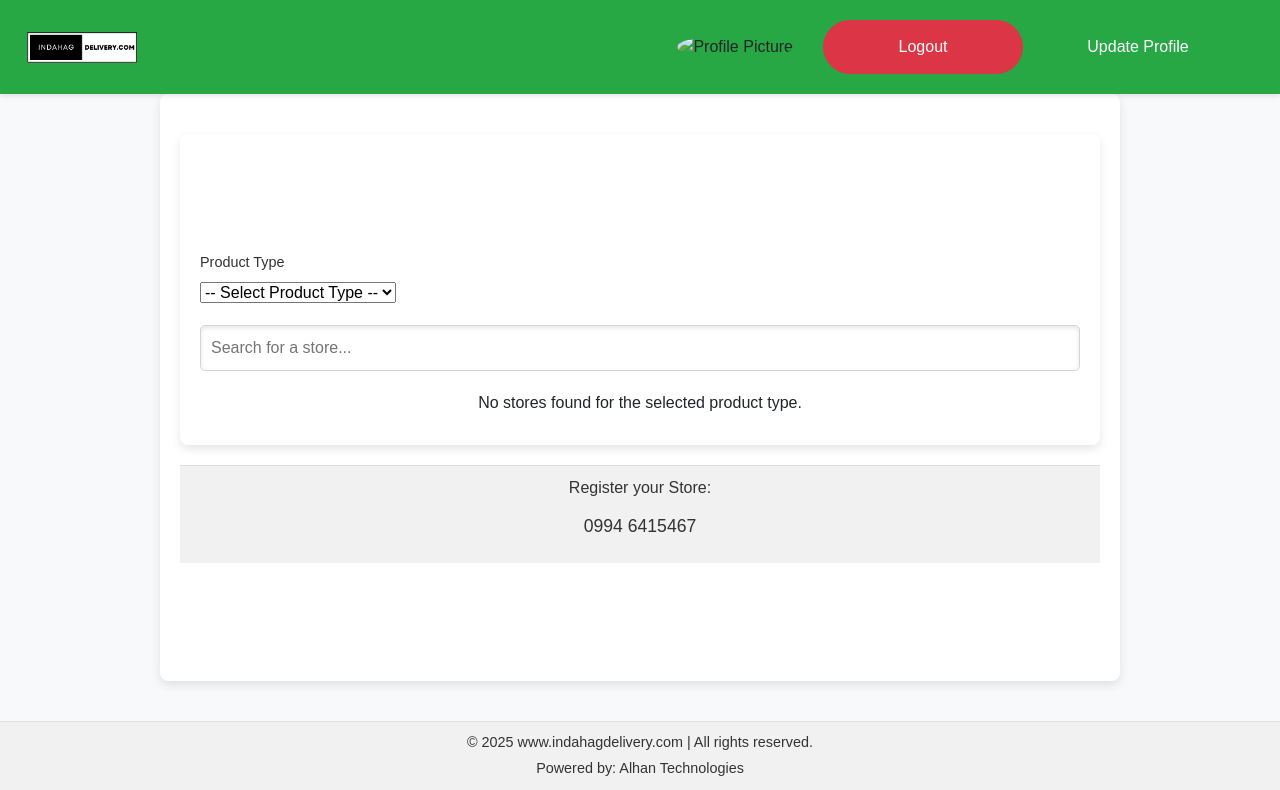
Repository: Jijiluzana225/indahagdelivery.com
Page: store/templates/store/store_list.html
The author's editor kept a copy of each file at every save. The page is drawn from the files as they stood at one save, then again after the next save.
The browser window is 1280 px wide. The pictures show the whole page.
The template is drawn by Django 5.2. The application's start-up code is not run. Other server files are loaded and not shown. The template is opened directly, without the code that normally fills it, so the values that code supplies are empty.

Above is the page before, as saved 2025-01-22 08:33:49.

### store/templates/store/store_list.html
{% extends 'store/base.html' %}

{% block content %}
<!DOCTYPE html>
<html lang="en">
<head>
    <meta charset="UTF-8">
    <meta name="viewport" content="width=device-width, initial-scale=1.0">
    <title>Store List</title>
    <style>
        /* Global Styles */
        body {
            font-family: Arial, sans-serif;
            margin: 0;
            padding: 0;
            background-color: #f8f9fa;
            display: flex;
            flex-direction: column;
            min-height: 100vh;
        }

        /* Container Styles */
        .container {
            max-width: 960px;
            margin: 20px auto;
            padding: 20px;
            background: #ffffff;
            border-radius: 8px;
            box-shadow: 0 4px 10px rgba(0, 0, 0, 0.1);
            flex-grow: 1;
        }

        /* Typography */
        h1 {
            color: #333;
            margin-bottom: 20px;
            text-align: center;
        }

        /* Button Styles */
        .btn-container {
            display: flex;
            flex-direction: column;
            align-items: center;
        }

        .btn {
            display: inline-block;
            width: 200px;
            margin: 10px auto;
            padding: 15px 30px;
            font-size: 1rem;
            text-align: center;
            border: none;
            border-radius: 50px;
            text-decoration: none;
            color: #fff;
            cursor: pointer;
            transition: transform 0.3s ease, box-shadow 0.3s ease;
        }

        .btn.order-btn {
            background: linear-gradient(145deg, #4e73df, #ff1100);
            box-shadow: 0 5px 15px rgba(0, 0, 0, 0.2);
        }

        .btn.store-btn {
            background: linear-gradient(145deg, #0bfc1f, #fc0505);
        }

        .btn.prices-btn {
            background: linear-gradient(145deg, #8b4513, #ff4500);
        }

        .btn:hover {
            transform: translateY(-5px);
            box-shadow: 0 10px 20px rgba(0, 0, 0, 0.3);
        }

        .btn:active {
            transform: translateY(2px);
            box-shadow: 0 3px 8px rgba(0, 0, 0, 0.2);
        }

        /* Store List Styling */
        .store-list {
            list-style: none;
            padding: 0;
            margin: 0;
            text-align: center;
        }

        .store-list li {
            margin: 10px 0;
        }

        .store-list a {
            display: block;
            padding: 10px 15px;
            font-size: 1.2rem;
            font-weight: bold;
            text-decoration: none;
            color: #fff;
            background: linear-gradient(90deg, #6a11cb, #2575fc);
            border-radius: 8px;
            box-shadow: 0 4px 8px rgba(0, 0, 0, 0.1);
            transition: background 0.3s ease, box-shadow 0.3s ease;
            text-align: center;
        }

        .store-list a:hover {
            background: linear-gradient(90deg, #2575fc, #6a11cb);
            box-shadow: 0 6px 12px rgba(0, 0, 0, 0.2);
        }

        .store-list a.disabled {
            cursor: not-allowed;
            background-color: #ddd;
            color: #aaa;
            pointer-events: none;
        }

        /* Search Box Styling */
        .search-box {
            margin-bottom: 20px;
            margin-top: 20px;
        }

        .search-box input {
            width: 100%;
            padding: 10px;
            font-size: 1rem;
            border-radius: 5px;
            border: 1px solid #ced4da;
            box-shadow: inset 0 2px 5px rgba(0, 0, 0, 0.1);
        }

        /* Footer Styling */
        footer {
            text-align: center;
            padding: 10px 0;
            background: #f1f1f1;
            color: #333;
            border-top: 1px solid #ddd;
        }

        footer h3 {
            margin: 0;
            font-size: 1.1rem;
        }

        .product-type-label {
            text-align: left;
            font-size: 0.9rem;
            color: #333;
            margin-bottom: 10px;
            margin-top:100px;
        }

    </style>
</head>
<body>
    <div class="container">
        <div class="btn-container">
            {% if request.user.is_authenticated and 'Store' not in request.user.groups.all|join:" " %}
                <a href="{% url 'customer_dashboard' %}" class="btn order-btn">My Orders</a>
            {% endif %}

            {% if request.user.is_authenticated and 'Store' in request.user.groups.all|join:" " %}
                <a href="{% url 'store_dashboard' %}" class="btn store-btn">My Store</a>
                <a href="{% url 'edit_prices' %}" class="btn prices-btn">Update Prices</a>
                <a href="{% url 'product_create' %}" class="btn prices-btn">Add Product</a>
            {% endif %}
        </div>

        <h1 class="product-type-label">Product Type</h1>

        <!-- Dropdown Filter -->
        <form method="get" action="">
            <select name="product_type" onchange="this.form.submit()">
                <option value="">-- Select Product Type --</option>
                {% for product_type in product_types %}
                    <option value="{{ product_type.id }}" {% if selected_product_type == product_type.id %}selected{% endif %}>
                        {{ product_type.name }}
                    </option>
                {% endfor %}
            </select>
        </form>

        <!-- Search Input -->
        <div class="search-box">
            <input type="text" id="storeSearch" placeholder="Search for a store..." onkeyup="filterStores()">
        </div>

        <!-- Store List -->
        <ul class="store-list" id="storeList">
            {% if stores %}
                {% for store in stores %}
                    <li>
                        {% if store.open %}
                            <a href="{% url 'store_location' id=store.id %}">{{ store.name }}</a>
                        {% else %}
                            <a href="#" class="disabled">
                                {{ store.name }} (Opens Soon!)
                            </a>
                        {% endif %}
                    </li>
                {% endfor %}
            {% else %}
                <li>No stores found for the selected product type.</li>
            {% endif %}
        </ul>
    </div>

    <!-- Footer -->
    <footer>
        <p>Register your Store: <h3>0994 6415467</h3></p>
    </footer>

    <script>
        function filterStores() {
            const searchInput = document.getElementById('storeSearch').value.toLowerCase();
            const storeList = document.getElementById('storeList');
            const stores = storeList.getElementsByTagName('li');

            for (let i = 0; i < stores.length; i++) {
                const storeName = stores[i].innerText.toLowerCase();
                if (storeName.includes(searchInput)) {
                    stores[i].style.display = '';
                } else {
                    stores[i].style.display = 'none';
                }
            }
        }
    </script>
</body>
</html>
{% endblock %}

### store/templates/store/base.html
{% load static %}
<!DOCTYPE html>
<html lang="en">
<head>
    <meta charset="UTF-8">
    <meta name="viewport" content="width=device-width, initial-scale=1.0">
    <title>indahagdelivery.com</title>
    <link href="https://cdn.jsdelivr.net/npm/bootstrap@5.3.0-alpha3/dist/css/bootstrap.min.css" rel="stylesheet">
    <style>
        /* Navbar Styling */
        .navbar {
            position: fixed;
            top: 0;
            left: 0;
            right: 0;
            width: 100%;
            background-color: #28a745; /* E-commerce theme */
            padding: 10px 15px;
            z-index: 1000;
            box-shadow: 0 2px 5px rgba(0, 0, 0, 0.1);
        }

        .navbar .navbar-brand img {
            max-width: 110px;
        }

        .navbar-nav {
            display: flex;
            align-items: center;
        }

        .navbar-nav .nav-item {
            margin-right: 15px;
        }

        .open-close-btn {
            padding: 6px 14px;
            font-size: 0.9rem;
            background-color: #007bff;
            color: #fff;
            border: none;
            border-radius: 20px;
            transition: background-color 0.3s ease;
        }

        .open-close-btn:hover {
            background-color: #0056b3;
        }

        .profile-picture {
            width: 35px;
            height: 35px;
            border-radius: 50%;
            object-fit: cover;
        }

        /* Responsive Navbar Adjustments */
        @media (max-width: 768px) {
            .navbar-brand img {
                max-width: 80px;
            }

            .navbar-nav .nav-item {
                margin-right: 10px;
            }

            .open-close-btn {
                margin-top: 10px;
            }
        }

        /* Footer Styling */
        footer {
            background-color: #343a40;
            color: #fff;
            padding: 15px;
            text-align: center;
            margin-top: 20px;
        }

        footer .footer-text p {
            margin: 0;
            font-size: 0.9rem;
        }

        footer .footer-text p:not(:last-child) {
            margin-bottom: 5px;
        }
    </style>
</head>
<body style="margin-top: 70px;">
    <!-- Navbar -->
    <nav class="navbar navbar-expand-lg navbar-dark">
        <div class="container-fluid">
            <a href="{% url 'store_list' %}" class="navbar-brand">
                <img src="{% static 'admin/img/Indahag.png' %}" alt="Logo">
            </a>

            <!-- Open/Close Button -->
            {% if request.user.is_authenticated and 'Store' in request.user.groups.all|join:" " %}
                <a href="{% url 'update_store_open' %}" class="open-close-btn">Open/Close</a>
            {% endif %}

            <button class="navbar-toggler" type="button" data-bs-toggle="collapse" data-bs-target="#navbarNav" aria-controls="navbarNav" aria-expanded="false" aria-label="Toggle navigation">
                <span class="navbar-toggler-icon"></span>
            </button>
            <div class="collapse navbar-collapse" id="navbarNav">
                <ul class="navbar-nav ms-auto">
                    <li class="nav-item">
                        <img src="{{ user.customer.profile_picture.url }}" alt="Profile Picture" class="profile-picture">
                    </li>
                    <li class="nav-item">
                        <h5 class="mb-0 text-white">{{ user.customer.name }}</h5>
                    </li>
                    <li class="nav-item">
                        <form action="{% url 'logout' %}" method="POST" class="d-inline">
                            {% csrf_token %}
                            <button type="submit" class="btn btn-danger btn-sm">Logout</button>
                        </form>
                    </li>
                    <li class="nav-item">
                        <a href="{% url 'update_profile' %}" class="btn btn-link btn-sm text-white">Update Profile</a>
                    </li>
                </ul>
            </div>
        </div>
    </nav>

    <!-- Content Block -->
    <div class="container mt-4">
        {% block content %}
        {% endblock %}
    </div>

    <!-- Footer -->
    <footer>
        <div class="footer-text">
            <p>&copy; 2025 www.indahagdelivery.com | All rights reserved.</p>
            <p>Powered by: Alhan Technologies</p>
        </div>
    </footer>

    <!-- Scripts -->
    <script src="https://cdn.jsdelivr.net/npm/bootstrap@5.3.0-alpha3/dist/js/bootstrap.bundle.min.js"></script>
</body>
</html>

After the next save:
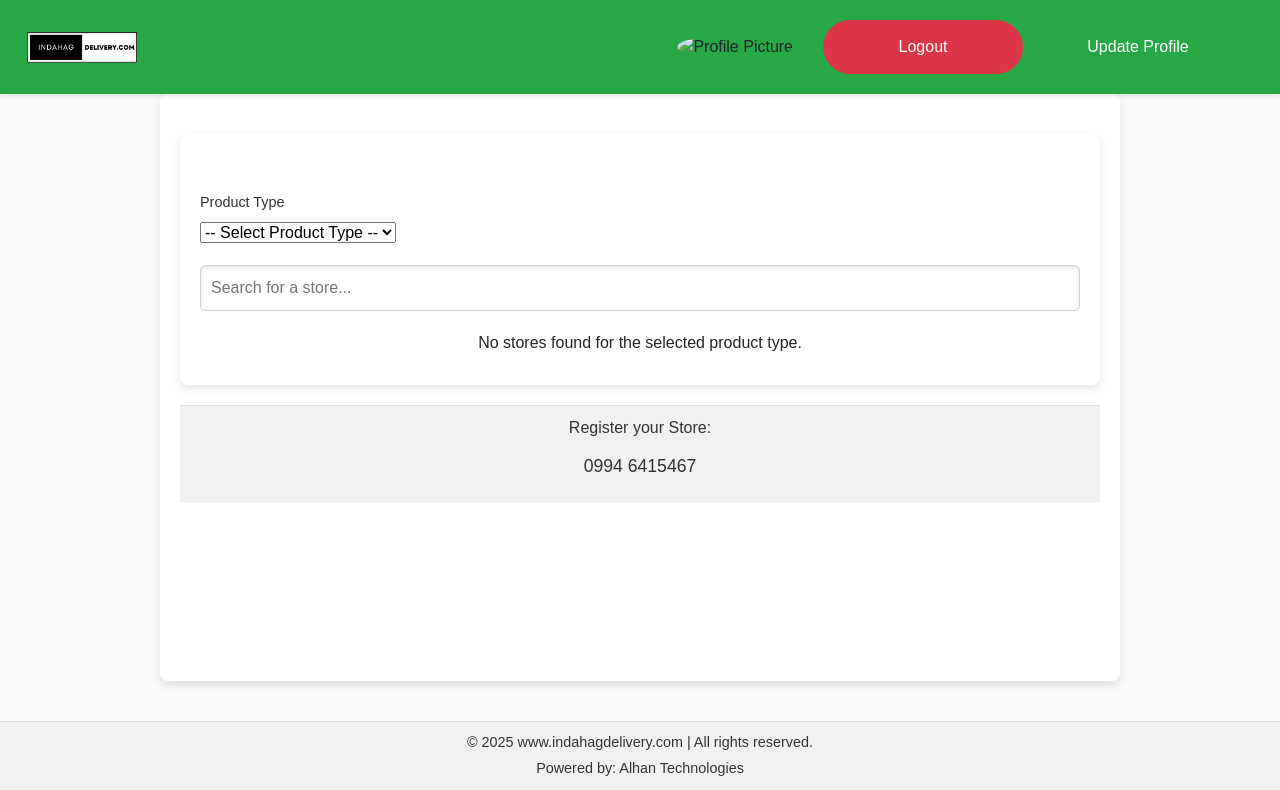
Saved 13 s later.
--- a/store/templates/store/store_list.html
+++ b/store/templates/store/store_list.html
@@ -154,7 +154,7 @@
             font-size: 0.9rem;
             color: #333;
             margin-bottom: 10px;
-            margin-top:100px;
+            margin-top:40px;
         }
 
     </style>
